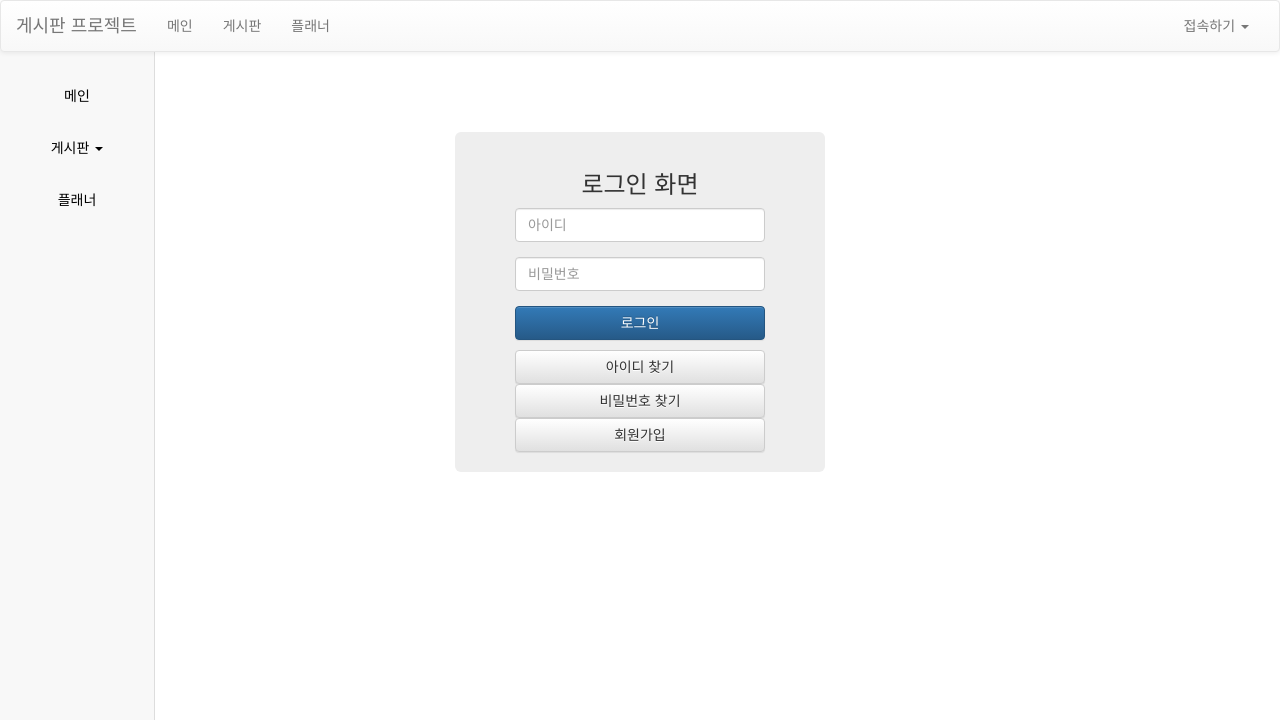
Repository: Seok7975/Project_PlannerSharingBoard
Page: http://localhost/ToDoList공유_게시판_ver3/id/login.jsp
An editor plug-in stored every save of this project. The page is shown before and after the next save, followed by the edit.
The browser window is 1280 px wide. The pictures show the whole page.
Some web libraries are served in a nearby version. The page is served by Tomcat 9.

Above is the page before, as saved 2024-07-05 06:13:03.

After the next save:
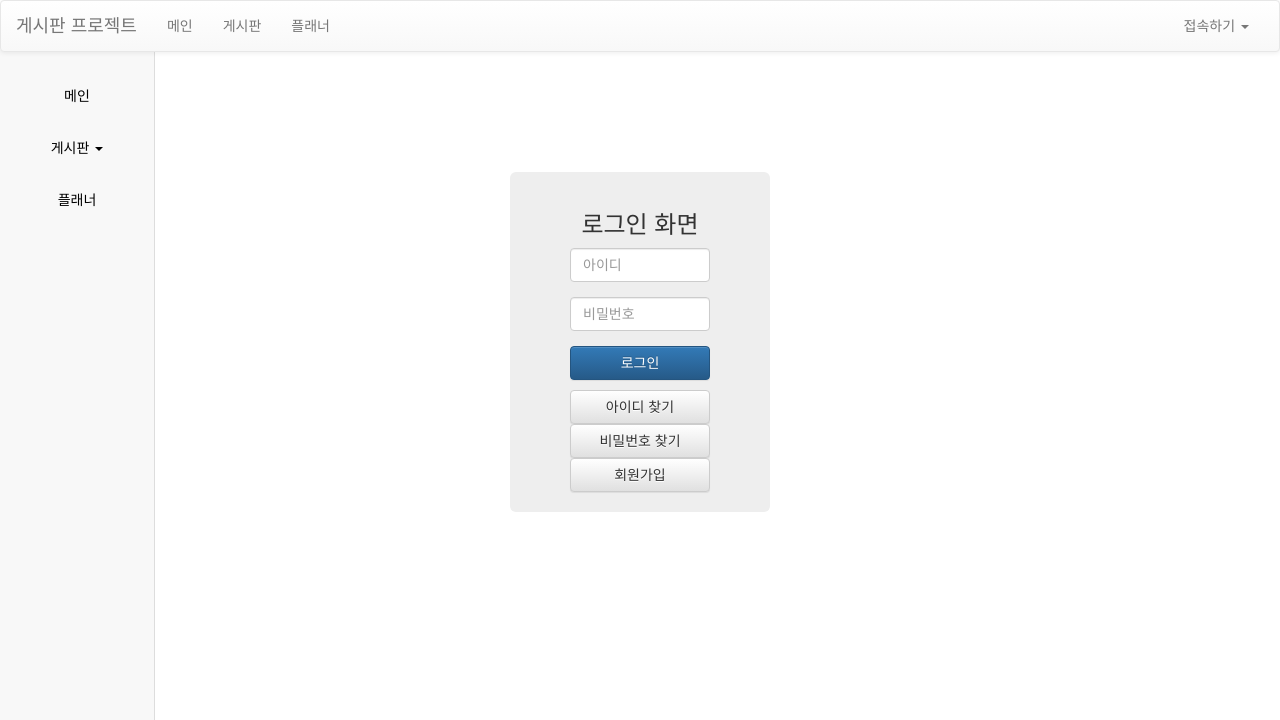
Saved 19 s later.
--- a/List_Projects_ver3/ToDoList공유 게시판_ver3/src/main/webapp/id/login.jsp
+++ b/List_Projects_ver3/ToDoList공유 게시판_ver3/src/main/webapp/id/login.jsp
@@ -236,7 +236,8 @@
 <style>
     .login-container {
         max-width: 400px;
-        margin: 80px auto;
+        padding: 70px;
+        margin: 50px auto;
     }
 
     .jumbotron {
